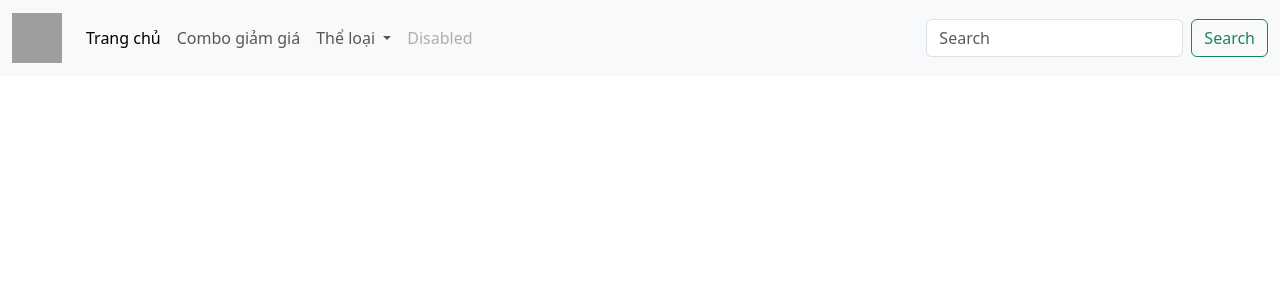
Repository: Vanh260703/Java-Servlet
Page: Bai4_Boostrap/src/main/webapp/index.html
These files come from the project's save history. The page is drawn as it stood at one moment and after the next save; the edit follows.
The browser window is 1280 px wide. The pictures show the whole page.
Pictures or frames that could not be fetched are drawn as grey boxes.

Above is the page before, as saved 2025-03-01 14:02:14.

After the next save:
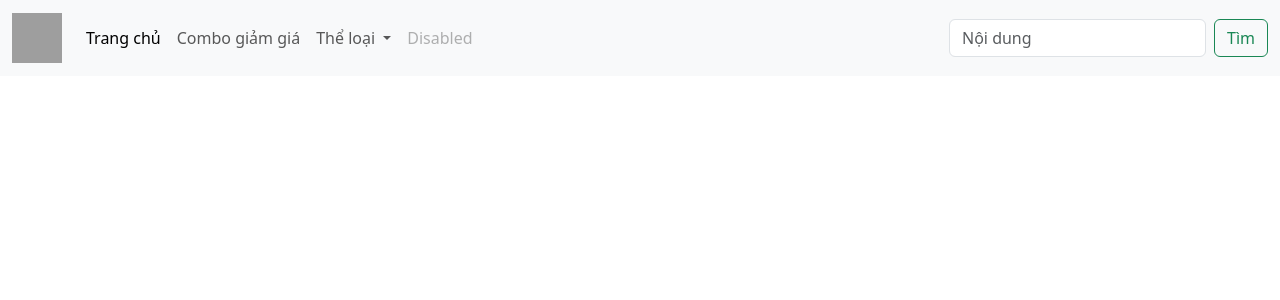
Saved 28 s later.
--- a/Bai4_Boostrap/src/main/webapp/index.html
+++ b/Bai4_Boostrap/src/main/webapp/index.html
@@ -53,8 +53,8 @@
 					</li>
 				</ul>
 				<form class="d-flex" role="search">
-					<input class="form-control me-2" type="search" placeholder="Search" aria-label="Search">
-					<button class="btn btn-outline-success" type="submit">Search</button>
+					<input class="form-control me-2" type="search" placeholder="Nội dung" aria-label="Search">
+					<button class="btn btn-outline-success" type="submit">Tìm</button>
 				</form>
 			</div>
 		</div>
